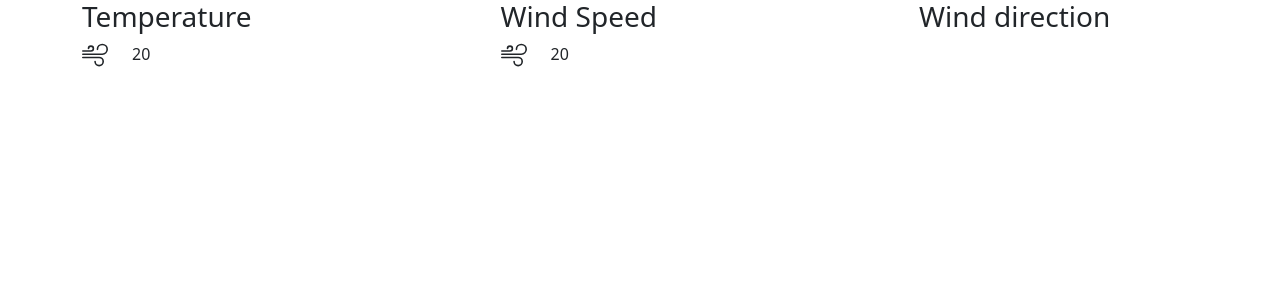
Repository: Saiyamjain-100/weather-app
Page: src/component/new.html
The author's editor kept a copy of each file at every save. The page is drawn from the files as they stood at one save, then again after the next save.
The browser window is 1280 px wide. The pictures show the whole page.

Above is the page before, as saved 2022-05-18 14:27:56.

After the next save:
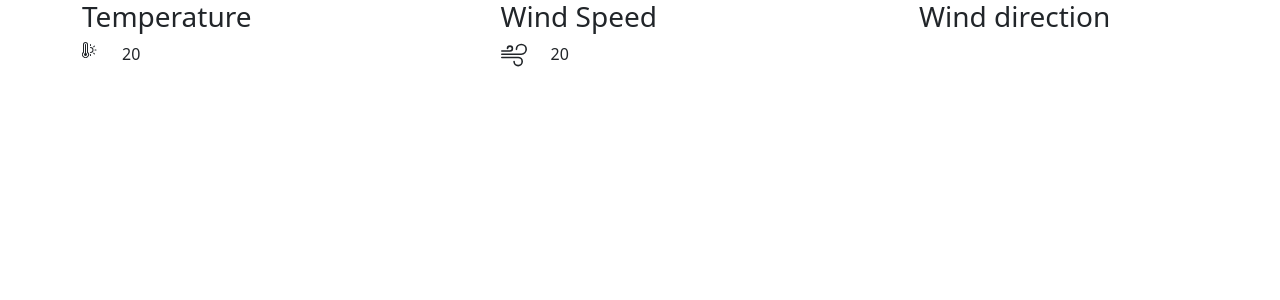
Saved 11 s later.
--- a/src/component/new.html
+++ b/src/component/new.html
@@ -16,8 +16,9 @@
             <div class="col-md-3">
                 <h3>Temperature</h3>
                 <div class="d-flex justify-content-start">
-                    <svg xmlns="http://www.w3.org/2000/svg" width="26" height="26" fill="currentColor" class="bi bi-wind" viewBox="0 0 16 16">
-                        <path d="M12.5 2A2.5 2.5 0 0 0 10 4.5a.5.5 0 0 1-1 0A3.5 3.5 0 1 1 12.5 8H.5a.5.5 0 0 1 0-1h12a2.5 2.5 0 0 0 0-5zm-7 1a1 1 0 0 0-1 1 .5.5 0 0 1-1 0 2 2 0 1 1 2 2h-5a.5.5 0 0 1 0-1h5a1 1 0 0 0 0-2zM0 9.5A.5.5 0 0 1 .5 9h10.042a3 3 0 1 1-3 3 .5.5 0 0 1 1 0 2 2 0 1 0 2-2H.5a.5.5 0 0 1-.5-.5z"/>
+                    <svg xmlns="http://www.w3.org/2000/svg" width="16" height="16" fill="currentColor" class="bi bi-thermometer-sun" viewBox="0 0 16 16">
+                        <path d="M5 12.5a1.5 1.5 0 1 1-2-1.415V2.5a.5.5 0 0 1 1 0v8.585A1.5 1.5 0 0 1 5 12.5z"/>
+                        <path d="M1 2.5a2.5 2.5 0 0 1 5 0v7.55a3.5 3.5 0 1 1-5 0V2.5zM3.5 1A1.5 1.5 0 0 0 2 2.5v7.987l-.167.15a2.5 2.5 0 1 0 3.333 0L5 10.486V2.5A1.5 1.5 0 0 0 3.5 1zm5 1a.5.5 0 0 1 .5.5v1a.5.5 0 0 1-1 0v-1a.5.5 0 0 1 .5-.5zm4.243 1.757a.5.5 0 0 1 0 .707l-.707.708a.5.5 0 1 1-.708-.708l.708-.707a.5.5 0 0 1 .707 0zM8 5.5a.5.5 0 0 1 .5-.5 3 3 0 1 1 0 6 .5.5 0 0 1 0-1 2 2 0 0 0 0-4 .5.5 0 0 1-.5-.5zM12.5 8a.5.5 0 0 1 .5-.5h1a.5.5 0 1 1 0 1h-1a.5.5 0 0 1-.5-.5zm-1.172 2.828a.5.5 0 0 1 .708 0l.707.708a.5.5 0 0 1-.707.707l-.708-.707a.5.5 0 0 1 0-.708zM8.5 12a.5.5 0 0 1 .5.5v1a.5.5 0 0 1-1 0v-1a.5.5 0 0 1 .5-.5z"/>
                       </svg>
                     <p class="mx-4"style="text-size-adjust: 20px;">20</p>
                 </div>
